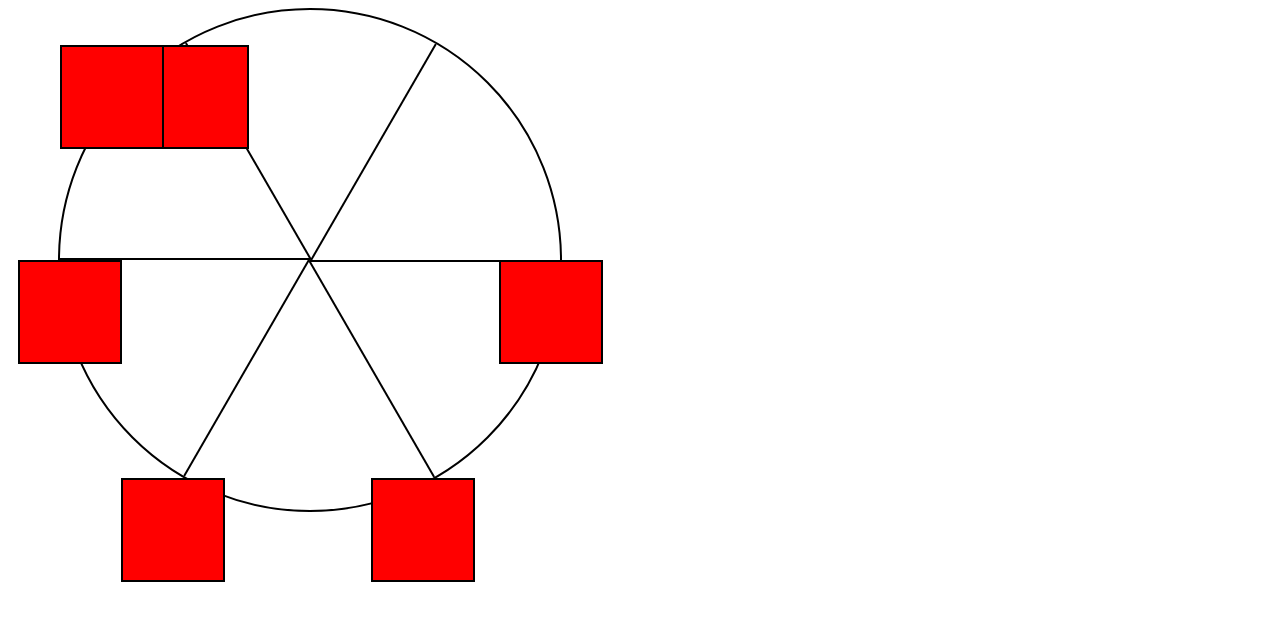
Repository: Lungdjos/ferris_wheel
Page: index.html
An editor plug-in stored every save of this project. The page is shown before and after a run of saves, followed by the edit.
The browser window is 1280 px wide. The pictures show the whole page.

Above is the page before, as saved 2024-01-11 09:23:29.

After the next 2 saves:
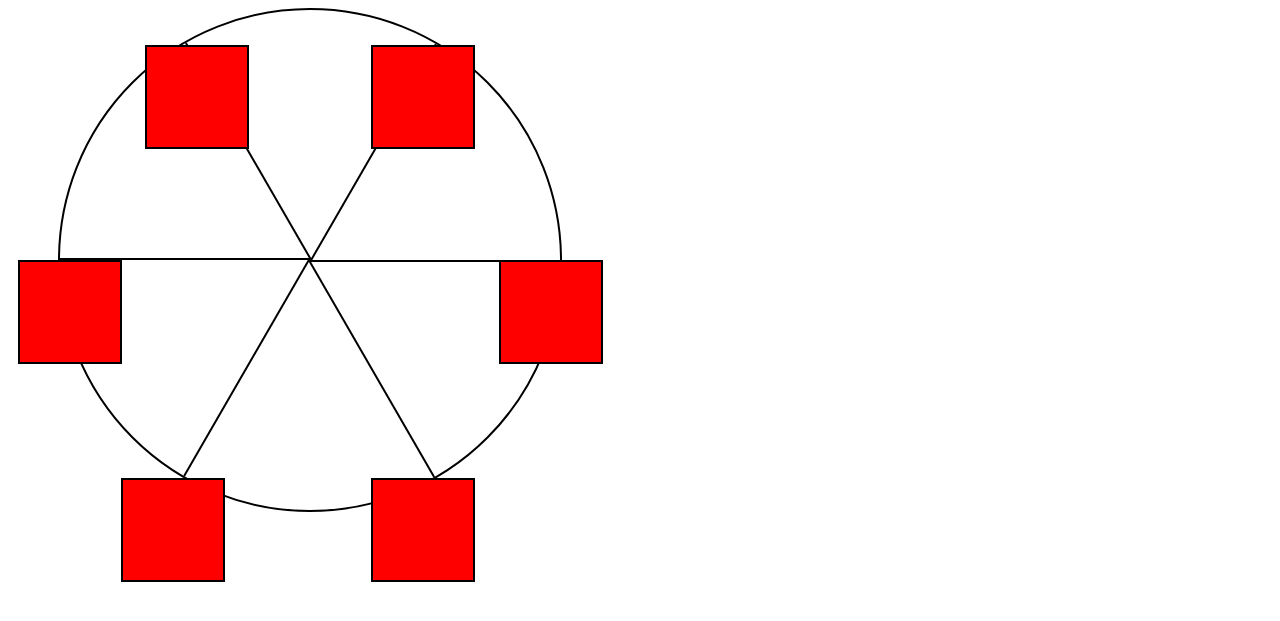
The 2 saves are shown as one change because they came seconds apart.
The last was saved 5 s later.
--- a/styles.css
+++ b/styles.css
@@ -82,7 +82,6 @@
 }
 
 .cabin:nth-of-type(6) {
-    right: ;
-    : 17%;
+    right: 17%;
     top: 7%;
 }
